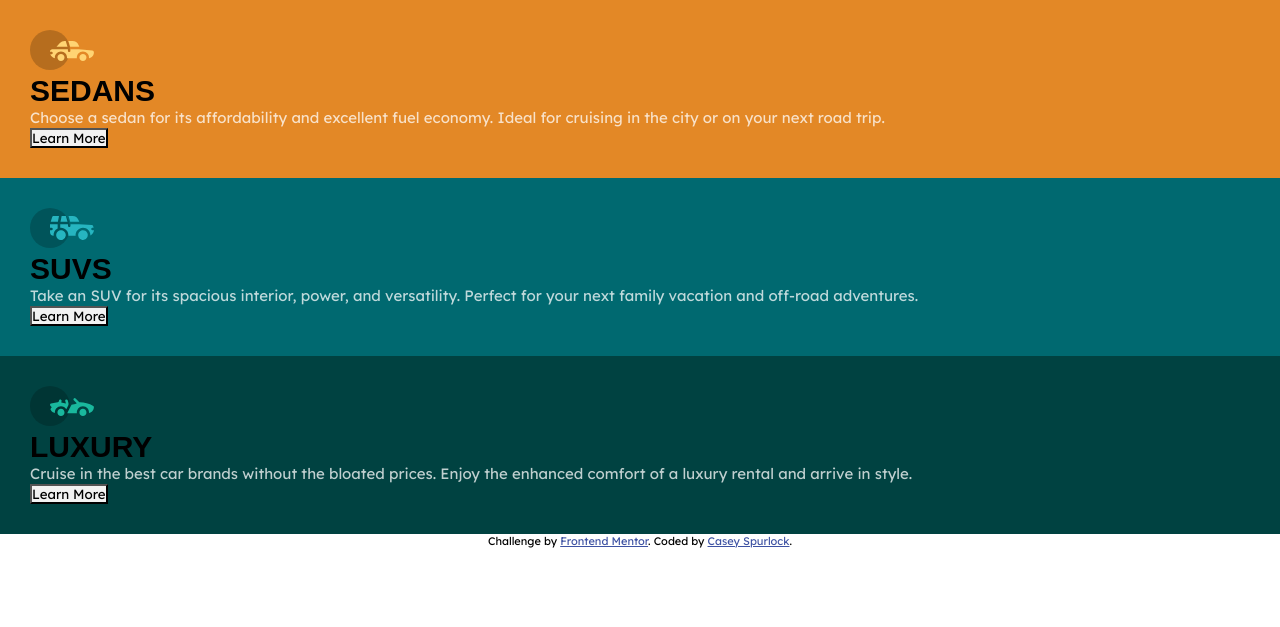
Repository: CaseySpurlock/3-column-preview-card-component-main
Page: index.html
The author's editor kept a copy of each file at every save. The page is drawn from the files as they stood at one save, then again after the next save.
The browser window is 1280 px wide. The pictures show the whole page.

Above is the page before, as saved 2021-06-23 10:34:32.

### index.html
<!DOCTYPE html>
<html lang="en">
<head>
  <meta charset="UTF-8">
  <meta name="viewport" content="width=device-width, initial-scale=1.0"> <!-- displays site properly based on user's device -->

  <link rel="icon" type="image/png" sizes="32x32" href="./images/favicon-32x32.png">

  <title>Frontend Mentor | 3-column preview card component</title>

  <!-- Stylesheets -->
  <link rel="stylesheet" href="style.css">
  <link rel="preconnect" href="https://fonts.googleapis.com">
  <link rel="preconnect" href="https://fonts.gstatic.com" crossorigin>
  <link href="https://fonts.googleapis.com/css2?family=Big+Shoulders+Display:wght@700&family=Lexend+Deca&display=swap" rel="stylesheet">
</head>


<body>
  <div class="container">
    <div class="card bright-orange">
      <img src="./images/icon-sedans.svg" alt="sedan img">
      <h3>Sedans</h3>
      <p>Choose a sedan for its affordability and excellent fuel economy. Ideal for cruising in the city
        or on your next road trip.</p>
        <button class="btn">Learn More</button>
    </div>

    <div class="card dark-cyan">
      <img src="./images/icon-suvs.svg" alt="suv img">
      <h3>SUVs</h3>
      <p>Take an SUV for its spacious interior, power, and versatility. Perfect for your next family vacation
        and off-road adventures.</p>
        <button class="btn">Learn More</button>
    </div>

    <div class="card very-dark-cyan">
      <img src="./images/icon-luxury.svg" alt="luxury img">
      <h3>Luxury</h3>
      <p>Cruise in the best car brands without the bloated prices. Enjoy the enhanced comfort of a luxury
      rental and arrive in style.</p>
      <button class="btn">Learn More</button>
    </div>
  </div>

  <footer>
    <div class="attribution">
      Challenge by <a href="https://www.frontendmentor.io?ref=challenge" target="_blank">Frontend Mentor</a>.
      Coded by <a href="https://csgc86.myportfolio.com/" target="_blank">Casey Spurlock</a>.
    </div>
  </footer>
</body>
</html>

### style.css
* {
    margin: 0;
    padding: 0;
    box-sizing: border-box;
}

body, button {
    font-family: "Lexend deca", sans-serif;
}

h3 {
    font-family: "Big Shoilders Display", sans-serif;
    text-transform: uppercase;
    font-size: 30px;
}

p {
    color: hsla(0, 0%, 100%, 0.75);
    font-size: 15px;
}

.bright-orange {
    background-color: hsl(31, 77%, 52%);
}

.dark-cyan {
    background-color: hsl(184, 100%, 22%);
}

.very-dark-cyan {
    background-color: hsl(179, 100%, 13%);
}

.card {
    padding: 30px;

}

.btn {
    background-color: hsl(0, 0%, 95%);
}


.attribution {
    font-size: 11px;
    text-align: center;
}

.attribution a {
    color: hsl(228, 45%, 44%);
}

After the next save:
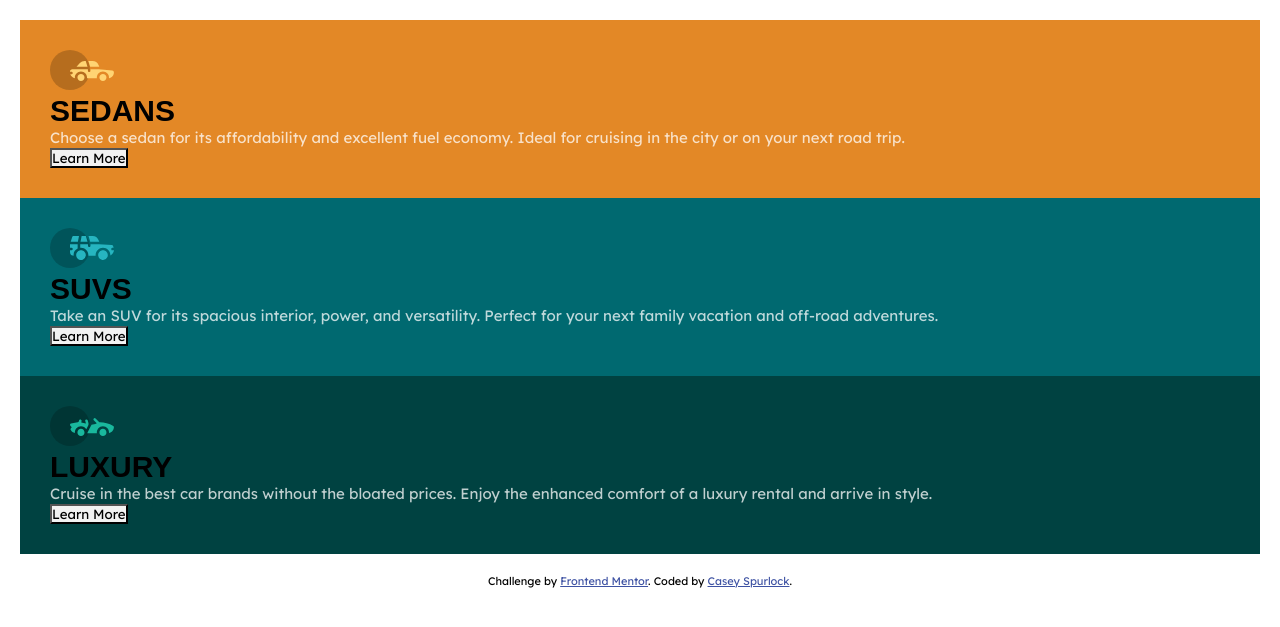
Saved 23 s later.
--- a/style.css
+++ b/style.css
@@ -31,6 +31,10 @@
     background-color: hsl(179, 100%, 13%);
 }
 
+.container {
+    padding: 20px;
+}
+
 .card {
     padding: 30px;
 
